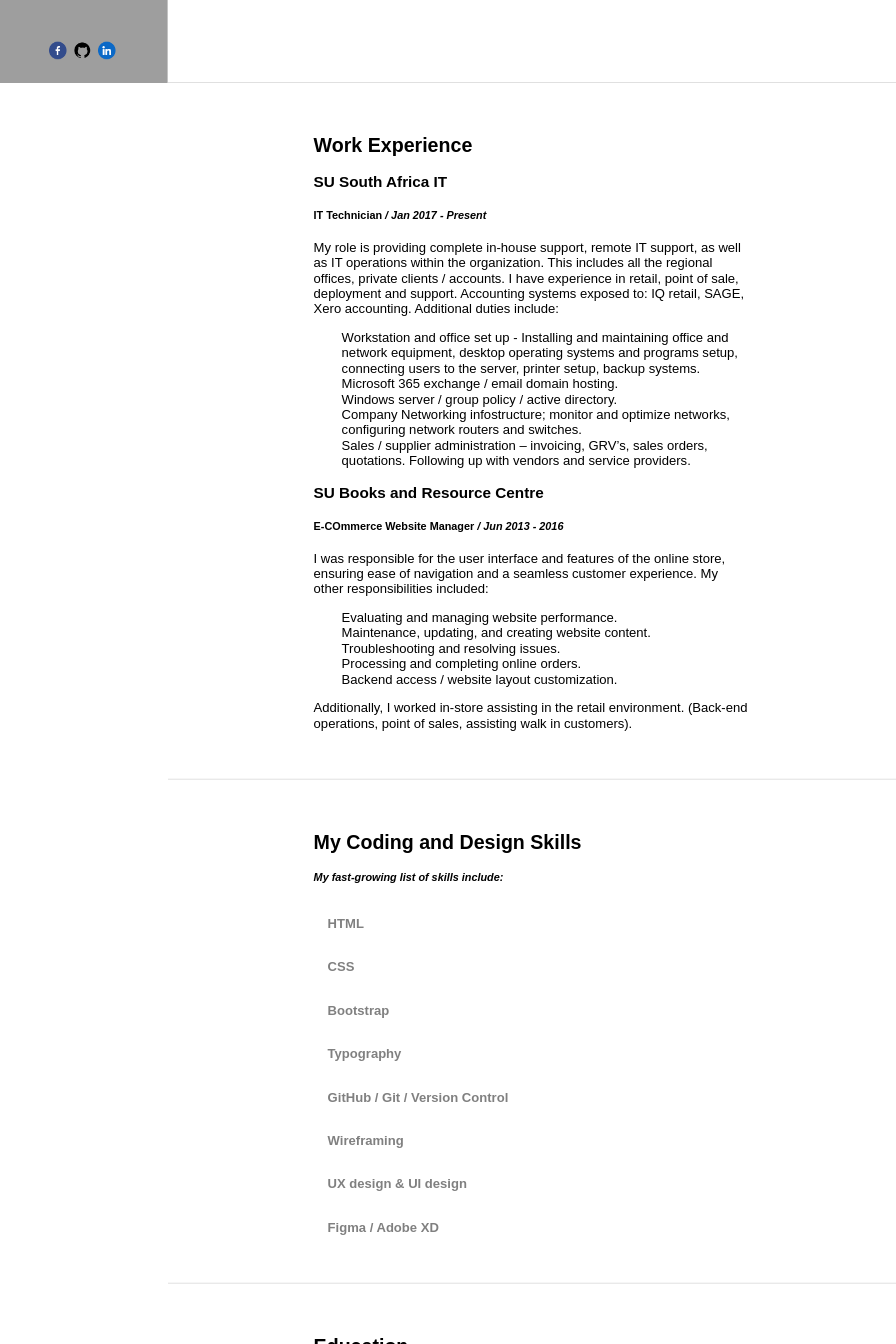
Repository: WesleyErasmus/MyDigitalResume-5
Page: index.html
An editor plug-in stored every save of this project. The page is shown before and after the next save, followed by the edit.
The browser window is 1280 px wide. The pictures show the part of the page from y = 602 to 2522 px (the page is 4069 px tall), at 70% of full size.
Pictures or frames that could not be fetched are drawn as grey boxes.

Above is the page before, as saved 2022-03-06 19:59:01.

### index.html
<!DOCTYPE html>
<html lang="en">

<head>
    <meta charset="UTF-8">
    <meta http-equiv="X-UA-Compatible" content="IE=edge">
    <meta name="viewport" content="width=device-width, initial-scale=1.0">
    <title>Wesley Erasmus Digital Resumé 6</title>
    <link rel="stylesheet" href="stylesheet.css">
</head>

<body>
    <header>
        <button id="contact-me-btn"><a href="#contact"><strong>Contact Me</strong></a></button>
    </header>
    <nav>
        <div class="header-nav">
            <img id="headshot" src="images/headshot.jpeg" alt="headshot">
            <ul class="nav-btns">
                <li><a href="#hello"><strong>Home</strong></a></li>
                <li><a href="#about"><strong>About</strong></a></li>
                <li><a href="#experience"><strong>Experience</strong></a></li>
                <li><a href="#coding"><strong>Coding Skills</strong></a></li>
                <li><a href="#education"><strong>Education</strong></a></li>
                <li><a href="#contact"><strong>Contact Me</strong></a></li>
            </ul>
            <ul class="social-media-links">
                <li><a href="https://www.facebook.com/wesley.erasmus.37" target="_blank"><img src="icons/facebook.png" alt="Facebook" width="25px" height="25px"></a></li>
                <li><a href="https://github.com/WesleyErasmus" target="_blank"><img src="icons/github (1).png"
                            alt="GitHub" width="25px" height="25px"></a></li>
                <li><a href="https://linkedin.com/in/wesley-erasmus-75a72a1ba" target="_blank"><img src="icons/linkedin.png"
                            alt="LinkedIn" width="25px" height="25px"></a></li>
            </ul>
        </div>
    </nav>
    <main>
        <article class="about-me">
            <h1 id="hello">Hello, I'm Wesley Erasmus,</h1>
            <p>I am a front-End Developer student at CodeSpace Academy. Welcome to my digital resumé project.</p>
        </article>
        <article class="job-experience">
            <h1 id="experience">Work Experience</h1>
            <h3>SU South Africa IT</h3>
            <h5>IT Technician <em>/ Jan 2017 - Present</em></h5>
            <p>My role is providing complete in-house support, remote IT support, as well as IT operations within the
                organization. This includes all the regional offices, private clients / accounts. I have experience in
                retail, point of sale, deployment and support. Accounting systems exposed to: IQ retail, SAGE, Xero
                accounting. Additional duties include:</p>
            <ul>
                <li>Workstation and office set up - Installing and maintaining office and network equipment, desktop
                    operating systems and programs setup, connecting users to the server, printer setup, backup systems.
                </li>
                <li>Microsoft 365 exchange / email domain hosting.</li>
                <li>Windows server / group policy / active directory.</li>
                <li>Company Networking infostructure; monitor and optimize networks, configuring network routers and
                    switches.</li>
                <li>Sales / supplier administration – invoicing, GRV’s, sales orders, quotations. Following up with
                    vendors and service providers.</li>
            </ul>
            <h3>SU Books and Resource Centre</h3>
            <h5>E-COmmerce Website Manager <em>/ Jun 2013 - 2016</em></h5>
            <p>I was responsible for the user interface and features of the online store, ensuring ease of navigation
                and a seamless customer experience. My other responsibilities included:</p>
            <ul>
                <li>Evaluating and managing website performance.</li>
                <li>Maintenance, updating, and creating website content.</li>
                <li>Troubleshooting and resolving issues.</li>
                <li>Processing and completing online orders.</li>
                <li>Backend access / website layout customization.</li>
            </ul>
            <p> Additionally, I worked in-store assisting in the retail environment. (Back-end operations, point of
                sales, assisting walk in customers).</p>
        </article>
        <article class="coding-and-design-skills">
            <h1 id="coding">My Coding and Design Skills</h1>
            <h5><em>My fast-growing list of skills include:</em></h5>
            <div class="my-skills">
                <div>HTML</div>
                <div>CSS</div>
                <div>Bootstrap</div>
                <div>Typography</div>
                <div>GitHub / Git / Version Control</div>
                <div>Wireframing</div>
                <div>UX design & UI design</div>
                <div>Figma / Adobe XD</div>
            </div>
        </article>
        <article class="education">
            <h1 id="education">Education</h1>
            <h3>CodeSpace Academy</h3>
            <p>Studied Web Design</p>
            <h3>UNISA</h3>
            <p>Studied Marketing Management</p>
        </article>
        <article class="more-about-me">
            <h1 id="about">More about me</h1>
            <p>
                I am a front-End Developer student at CodeSpace Academy. I have completed their Web Design course, and I
                am currently enrolled in a Front-End Development course. </p>

            <p>My first full time job after my Marketing Management course was working as an ecommerce website manager /
                shop assistant. Delivering a great customer experience was my driving force when I took on that role. I
                was in the position where I needed to deliver a good customer experience both in-store, and on the
                ecommerce website. This is where my love for a good customer experience caught fire.</p>

            <p>I was offered a full-time job in the company’s IT department, which I accepted. I started my new role as
                an IT technician where I have been working for 5 years, offering a wide range of IT services, both
                internally and to external clients.</p>

            <p>In 2021, after much research, I decided to study Web Design at CodeSpace Academy. I immediately knew that
                I had found my “career calling”. Anyone in the tech industry will know the unyielding urge to solve
                complex problems and to tackle new challenges. Coding is the ever-growing complex world of computer
                languages and design that I have been waiting to discover. I go to bed thinking of how I can improve on
                my current projects, and I wake up ready to learn something new.</p>

            <p>I am a teacher at heart and have enjoyed the opportunity to share what I learn with my fellow students. I
                use the class Slack channel to share any new insights that I’ve learned and have also had one-on-one
                Zoom sessions to assist other students when they are stuck.</p>

            <p class="green-text">I believe that one of the best ways to learn is to teach others - it gives me great
                satisfaction to make one more “happy customer”.</p>
            </p>
            <h3>Some of My interests:</h3>
            <ul class="interests">
                <li>I love being outdoors, hiking and swimming in the ocean</li>
                <li>Health and fitness</li>
                <li>I enjoy eating out and trying new restaurants</li>
                <li>Going for long drives in the evening</li>
            </ul>
        </article>
    </main>
    <footer>
        <h1 id="contact">contact me</h1>
        <div class="contact">
            <ul>
                <li>
                    <a href="mailto:wesley.erasmus119@ygmail.com?subject=Wesley Digital Resumé Response"><img
                            src="icons/email.png" alt="email" width="45px" height="auto" /></a>
                </li>
                <li>
                    <a href="https://wa.me/+27837056273" target="_blank"><img src="icons/whatsapp.png" alt="WhatsApp"
                            width="45px" height="auto" /></a>
                </li>
                <li>
                    <a href="https://slack.com/workspace-signin" target="_blank">
                        <img src="icons/slack.png" alt="slack" width="45px" height="auto" /></a>
                </li>
                <li>
                    <a href="https://www.linkedin.com/in/wesley-erasmus-75a72a1ba/" target="_blank">
                        <img src="icons/in.png" alt="linkedin" width="45px" height="auto" /></a>
                </li>
            </ul>
        </div>
    </footer>
</body>
</html>

### stylesheet.css
* {
  box-sizing: border-box;
  list-style-type: none;
  font-family: Arial, Helvetica, sans-serif;
}
body {
  margin: 0 0 0 240px;
  padding: 0;
}
header {
  text-align: center;
}
#headshot {
  width: 160px;
  border-radius: 50%;
  border: 2px solid #fff;
  display: block;
  margin: 0 auto;
  margin-top: 20px;
  margin-bottom: 50px;
  padding: 0;
  margin-left: 38px;
}
button#contact-me-btn {
  position: fixed;
  float: right;
  right: 0;
  top: 50%;
  transform: rotateZ(270deg);
  z-index: 1;
  color: #fff;
  width: 170px;
  height: 45px;
  font-size: 17pt;
  border-radius: 5px 5px 0 0;
  border: 0.1px solid lightgrey;
  background-image: url(/images/atricle-bg.jpg);
  background-position: center;
  background-repeat: no-repeat;
}
nav {
  background-image: url(/images/atricle-bg.jpg);
  /* background-position: center; */
  background-repeat: no-repeat;
  background-size: cover;
  float: left;
  position: fixed;
  left: 0;
  overflow-y: auto;
  overflow-x: hidden;
  height: 100vh;
  min-height: 100vh;
  top: 0;
  width: 240px;
  z-index: 1;
  padding-left: 0;
  border-right: 0.1px solid lightgray;
}
ul.nav-btns {
  font-size: 17pt;
}
ul.social-media-links {
  display: flex;
  position: absolute;
  bottom: 0;
  margin: 0 auto;
  left: 25%;
  padding: 5px;
  padding-bottom: 25px;
}
.social-media-links li {
  margin: 5px;
}
.nav-btns li {
  color: #000;
  padding: 10px;
}
a:link {
  text-decoration: none;
}
a:visited {
  text-decoration: none;
  color: #000;
}
a:hover {
  text-decoration: underline;
  color: grey;
}
a:active {
  text-decoration: underline;
}
a {
  color: #000;
}
main {
  position: relative;
  display: block;
  width: 100%;
}
#hello {
  font-size: 5rem;
  margin: 0;
  color: orange;
}
article.about-me {
  /* background-image: url(/images/IMG_1118.jpg);
  background-position: center;
  background-repeat: no-repeat;
  background-size: cover; */
  height: 100vh;
  font-size: 1.1rem;
  padding: 17% 25%;
  border-bottom: 0.1px solid lightgrey;
}
article.job-experience {
  font-size: 14pt;
  padding: 50px 20% 50px 20%;
  border-bottom: 0.1px solid lightgrey;
}
article.coding-and-design-skills {
  font-size: 14pt;
  padding: 50px 20% 50px 20%;
  height: 100vh;
  border-bottom: 0.1px solid lightgrey;
}
.my-skills > div {
  display: flex;
  flex-direction: column;
  justify-content: space-between;
  font-weight: 700;
  padding: 20px;
  color: grey;
}
article.education {
  font-size: 14pt;
  overflow-x: hidden;
  padding: 50px 20% 50px 20%;
  border-bottom: 0.1px solid lightgrey;
}
article.more-about-me {
  padding: 50px 20% 50px 20%;
  font-size: 14pt;
  border-bottom: 0.1px solid lightgrey;
}
p.green-text {
  color: #FFA500;
}
footer {
  text-align: center;
  padding: 50px 20% 50px 20%;
  font-size: 14pt;
}
.contact ul {
  display: flex;
  justify-content: center;
  list-style-type: none;
  padding: 0px;
  margin-bottom: 0;
}
.contact li {
  padding: 5px;
}

After the next save:
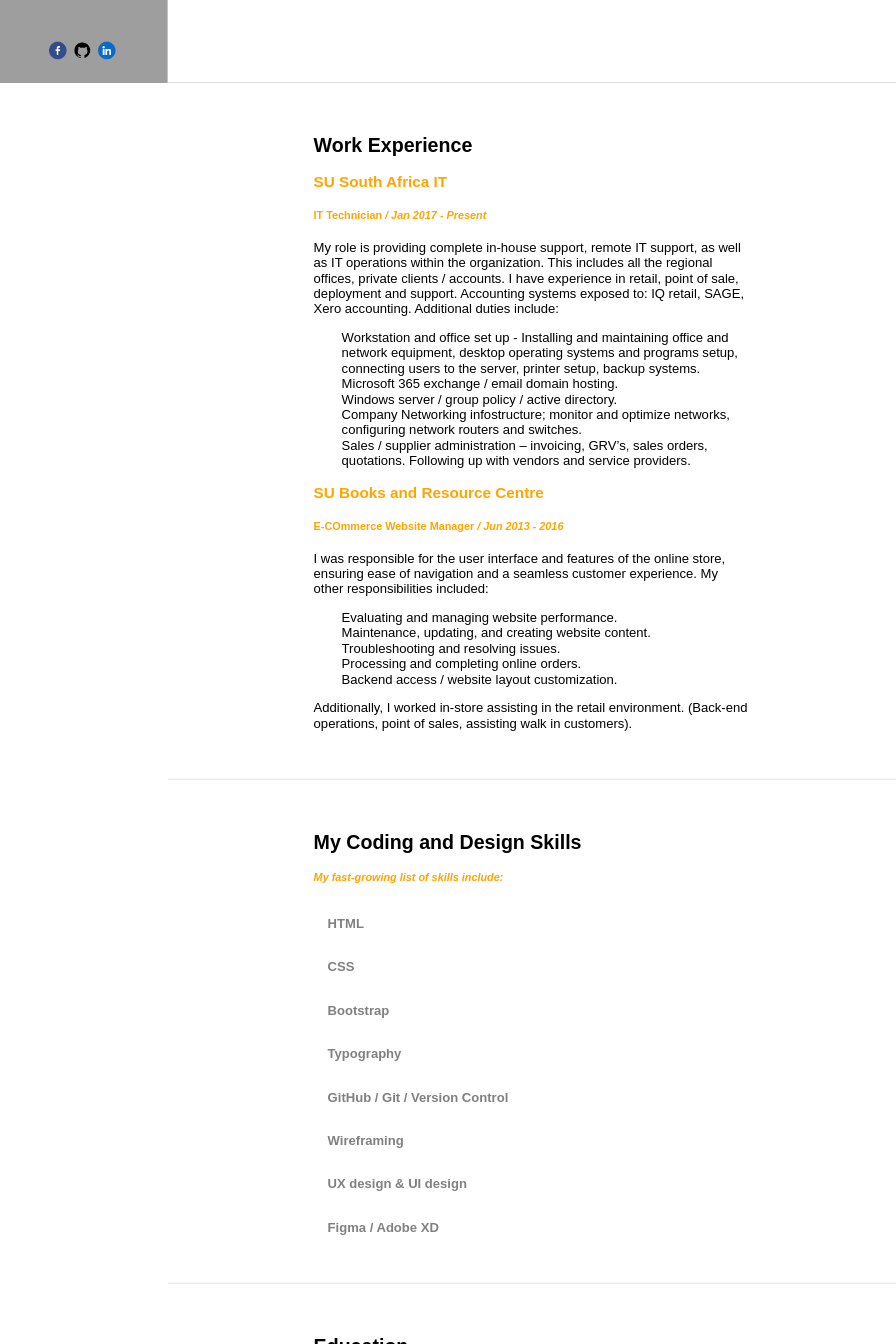
Saved 4 min 53 s later.
--- a/stylesheet.css
+++ b/stylesheet.css
@@ -160,3 +160,6 @@ footer {
 .contact li {
   padding: 5px;
 }
+h3, h5 {
+  color: #FFA500;
+}
